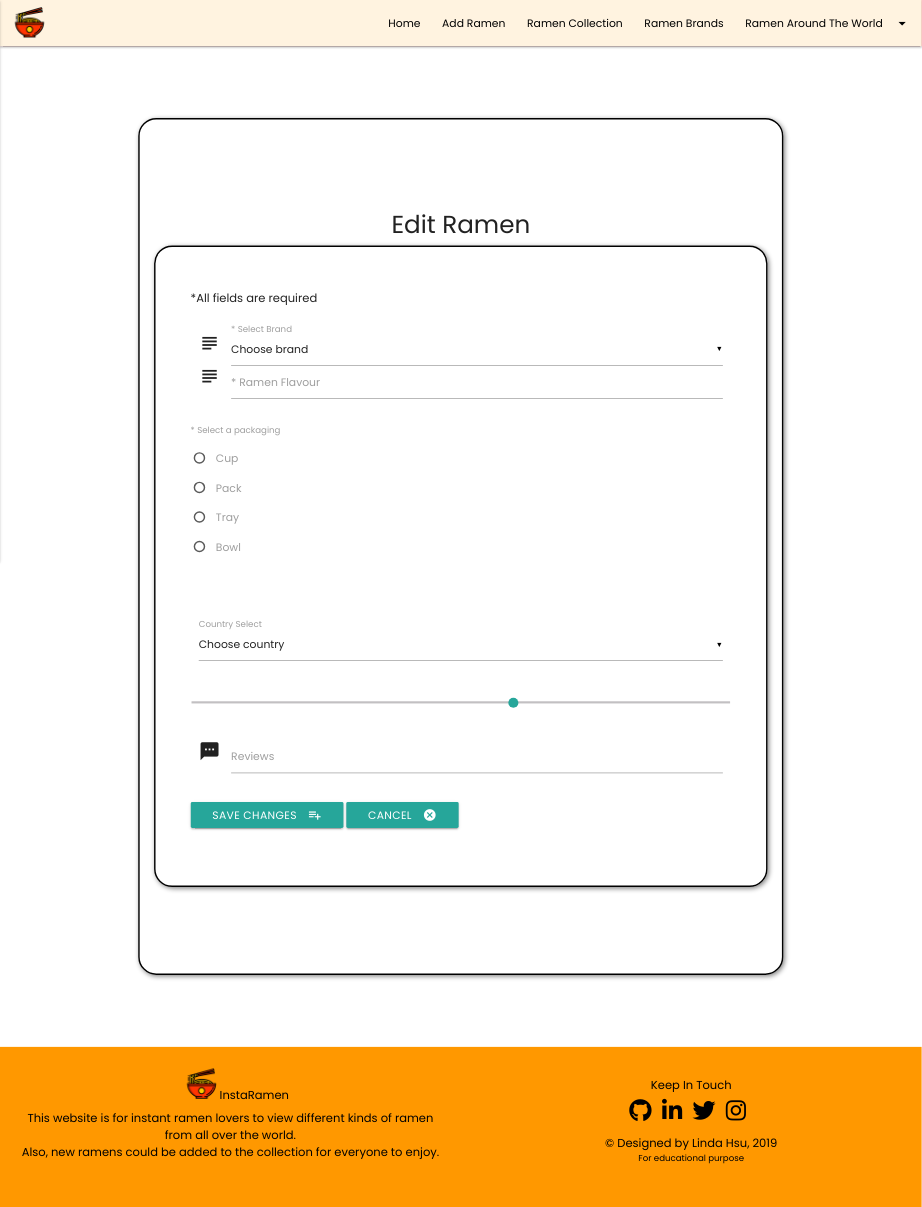
Repository: Paddlepop25/codeinstitute-insta-ramen
Page: templates/edit_ramen.html
The author's editor kept a record of every edit. The page is drawn from the files as they stood at one moment, then again after the next edit.
The browser window is 1280 px wide. The pictures show the whole page, at 72% of full size.
Some web libraries are served in a nearby version. The page is served by the project's application, run on Flask 3 (app.py). The template is opened directly, without the code that normally fills it, so the values that code supplies are empty.

Above is the page before.

After the next edit:
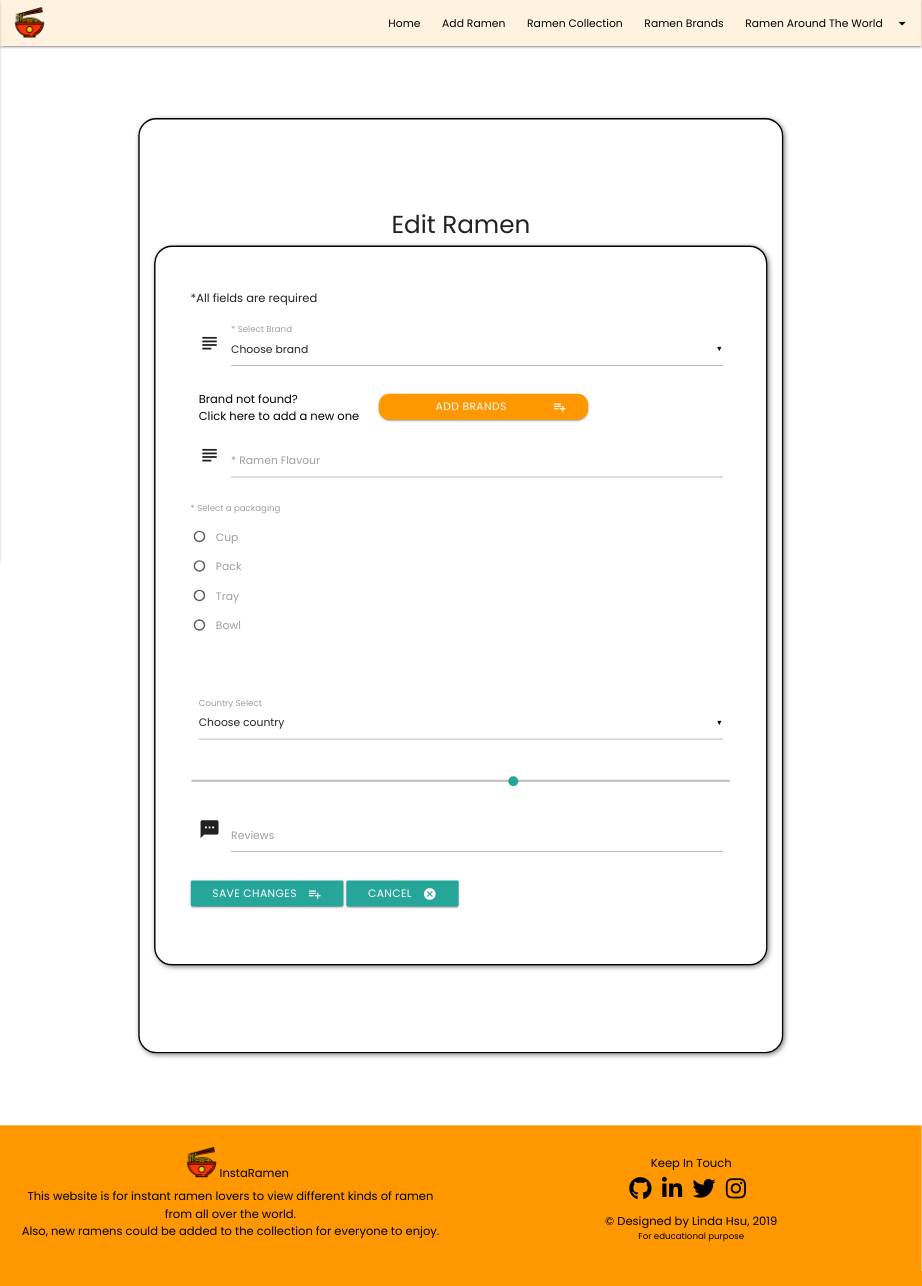
The edit:
--- a/templates/edit_ramen.html
+++ b/templates/edit_ramen.html
@@ -21,6 +21,14 @@
           {% endfor %}
         </select>
         <label><span>* </span>Select Brand</label>
+      </div>
+    </div>
+
+    <div class="row select-brand">
+      <div class="input-field col s12">
+        <p>Brand not found?
+          <br> Click here to add a new one</p>
+        <a href="{{url_for('add_brands')}}" class="waves-effect waves-light btn orange"><i class="material-icons right">playlist_add</i>Add Brands</a>
       </div>
     </div>
 
